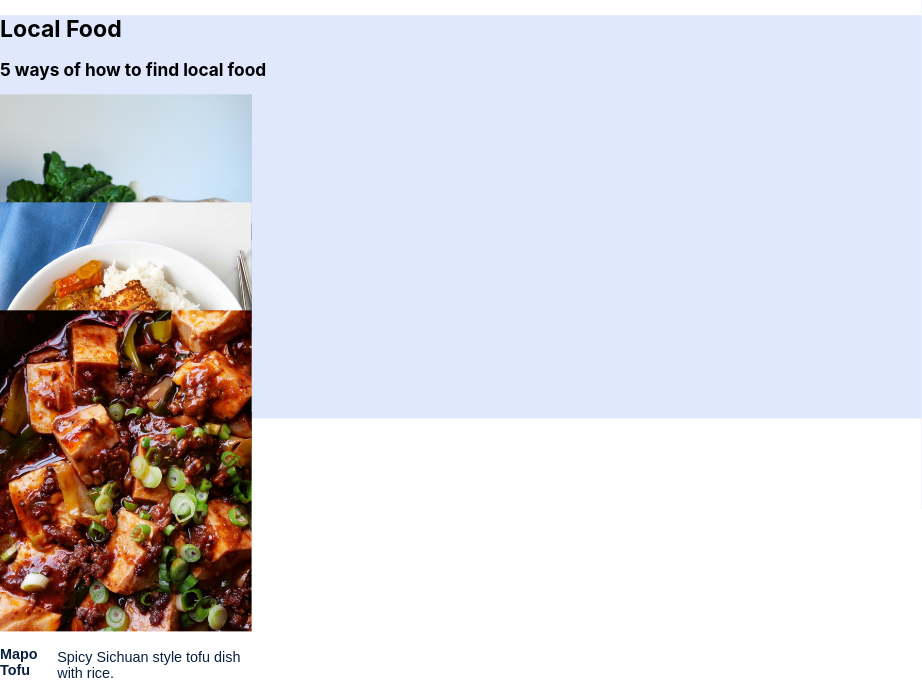
Repository: Kinakopan/design_mindfulEating_site
Page: /localfood (app in firstapp/)
The author's editor kept a copy of each file at every save. The page is drawn from the files as they stood at one save, then again after the next save.
The browser window is 1280 px wide. The pictures show the whole page, at 72% of full size.
The project was rebuilt for these pictures with package versions that can differ from the ones it lists, and the page was loaded fresh each time. The framework's server and built-in components were replaced by stand-ins that run in the browser. Also part of the build but not shown: firstapp/next.config.js, firstapp/comps/Navbar/index.js.

Above is the page before, as saved 2022-04-21 16:36:31.

### firstapp/pages/localfood.js
import Navbar from "../comps/Navbar";
import LocalCard from "../comps/Localfood/LocalCard";

import styled from 'styled-components';

const StyledRecipes = styled.div`

`;

const BgChange = styled.div`
background-color:#E0E8FD;
`;


export default function LocalFood(){
    return (
    <StyledRecipes>
        <BgChange>
        <h1>Local Food</h1>
        <h2>5 ways of how to find local food</h2>

            <LocalCard
            img="/localfood/picup.jpg"
            title="Tofu Bibimbap"
            paragraph="Korean food with various vegetables mixed with rice."
            top="820px"
            />

            <LocalCard
            img="/recipes3.png"
            title="Tofu Cutlet Curry"
            paragraph="Korean food with various vegetables mixed with rice."
            top="1020px"
            />

            <LocalCard
            img="/recipes4.png"
            title="Mapo Tofu"
            paragraph="Spicy Sichuan style tofu dish with rice."
            top="1220px"
            />
        </BgChange>

    </StyledRecipes>
    )
}

### firstapp/comps/Localfood/LocalCard.js

import styled from 'styled-components';

const StyledCard = styled.div`
display:flex;
flex-direction:column;
color:${props=>props.text_color};
height:150px;
width:350px;
font-family: 'm plus 1', sans-serif;
`;

const ImgBox = styled.div`
border-radius:20px 0px 0px 20px;
`;

const Img = styled.img`
width:100%;
height:auto;
`;

const TxtBox = styled.div`
display:flex;
background:#fff;
`;

const Ttl = styled.h2`
color:${props=>props.text_color};
font-family: 'm plus 1', sans-serif;
font-size:20px;
`;

const Txt = styled.p`
color:${props=>props.text_color};
font-family: 'm plus 1', sans-serif;
font-size:20px;
`;

// const Para = styled(Title)`
// font-size:16px;
// `


export default function LocalCard({
  img="/recipes1.png",
  tcl="#08213E",
  title="1. Pickup / Delivery",
  paragraph="Services you can subscribe to pickup or get delivered local dish/food",
}){

  return <StyledCard text_color={tcl}>
    <ImgBox>
      <Img src={img} />
    </ImgBox>

    <TxtBox>
      <Ttl>{title}</Ttl>
      <Txt>{paragraph}</Txt>
    </TxtBox>

  </StyledCard>

}

Loaded but not shown: firstapp/pages/_app.js (common file); firstapp/styles/globals.css (common file)

After the next save:
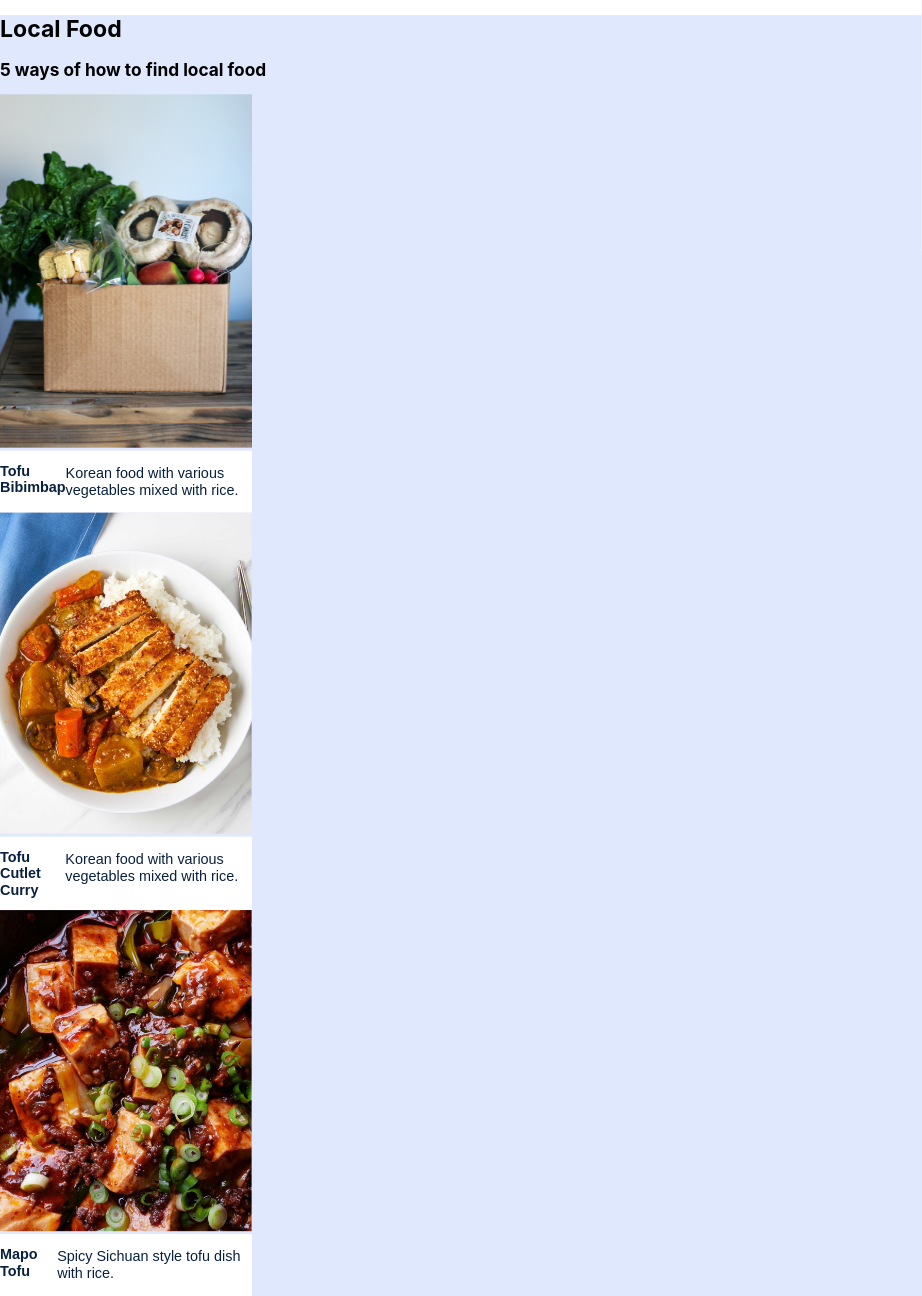
Saved 61 s later.
--- a/firstapp/comps/Localfood/LocalCard.js
+++ b/firstapp/comps/Localfood/LocalCard.js
@@ -5,7 +5,7 @@ const StyledCard = styled.div`
 display:flex;
 flex-direction:column;
 color:${props=>props.text_color};
-height:150px;
+height:auto;
 width:350px;
 font-family: 'm plus 1', sans-serif;
 `;
